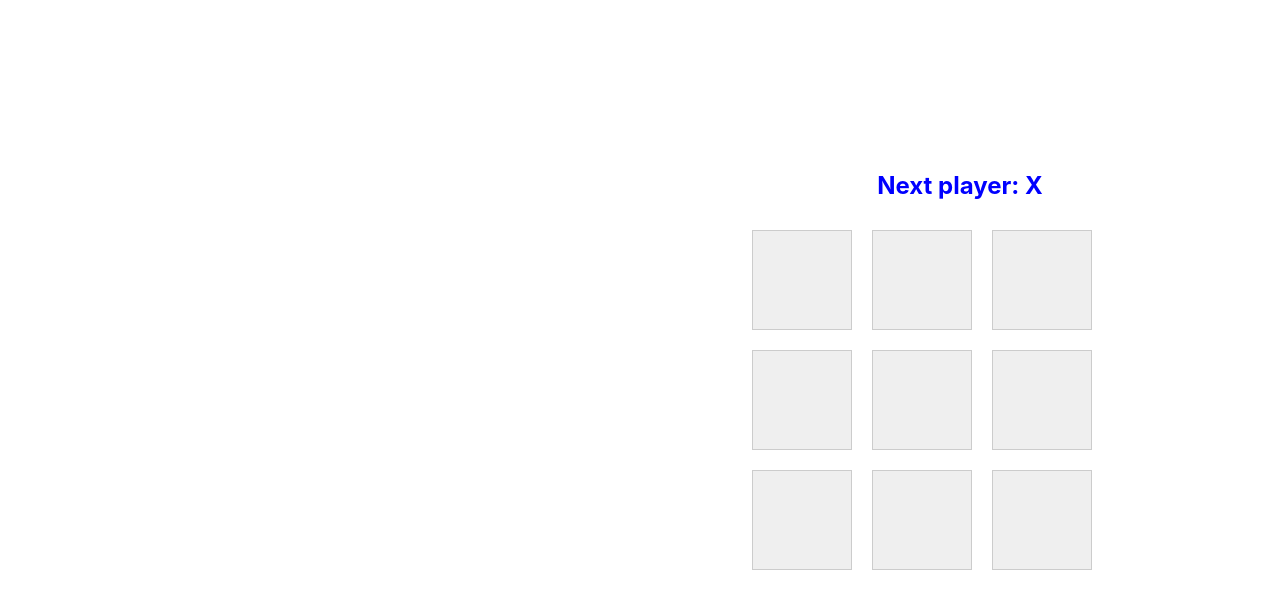
Repository: sedat-akdogan/React_Revision
Page: / (app in tic-tac-toe/)
The author's editor kept a copy of each file at every save. The page is drawn from the files as they stood at one save, then again after the next save.
The browser window is 1280 px wide. The pictures show the whole page.
The project was rebuilt for these pictures with package versions that can differ from the ones it lists, and the page was loaded fresh each time.

Above is the page before, as saved 2023-05-13 00:49:32.

### tic-tac-toe/src/index.css
body {
    margin: 0;
    font-family: -apple-system, BlinkMacSystemFont, 'Segoe UI', 'Roboto', 'Oxygen',
        'Ubuntu', 'Cantarell', 'Fira Sans', 'Droid Sans', 'Helvetica Neue',
        sans-serif;
    -webkit-font-smoothing: antialiased;
    -moz-osx-font-smoothing: grayscale;
}

code {
    font-family: source-code-pro, Menlo, Monaco, Consolas, 'Courier New',
        monospace;
}

.main {
    display: flex;
    flex-direction: column;
    align-items: center;
    justify-content: center;
    height: 100vh;
}

.square {
    width: 100px;
    height: 100px;
    font-size: 50px;
    border: 1px solid #ccc;
    display: inline-block;
    justify-content: center;
    align-items: center;
}

.board-row {
    margin-left: 44%;
    display: flex;
}

.board-row .square {
    margin: 10px;
}

.board-row:last-child .square {
    margin-bottom: 0;
}

.status {
    color: blue;
    font-size: 24px;
    margin-top: 20px;
    margin-bottom: 20px;
    margin-left: 50%;
    font-weight: bold;
}

### tic-tac-toe/src/App.js
import { useState } from 'react';


function Square({ value, onSquareClick }) {
    return (
        <button className="square" onClick={onSquareClick}>
            {value}
        </button>
    );
}

export default function Board() {
    const [xIsNext, setXIsNext] = useState(true);
    const [squares, setSquares] = useState(Array(9).fill(null));

    function handleClick(i) {
        if (squares[i] || calculateWinner(squares)) {
            return;
        }
        const nextSquares = squares.slice();
        if (xIsNext) {
            nextSquares[i] = 'X';
        } else {
            nextSquares[i] = 'O';
        }
        setSquares(nextSquares);
        setXIsNext(!xIsNext);
    }

    const winner = calculateWinner(squares);
    let status;
    if (winner) {
        status = "Winner: " + winner;
    } else {
        status = "Next player: " + (xIsNext ? "X" : "O");
    }

    return (
        <div className='main'>
            <div className="status">{status}</div>
            <div className="board-row">
                <Square value={squares[0]} onSquareClick={() => handleClick(0)} />
                <Square value={squares[1]} onSquareClick={() => handleClick(1)} />
                <Square value={squares[2]} onSquareClick={() => handleClick(2)} />
            </div>
            <div className="board-row">
                <Square value={squares[3]} onSquareClick={() => handleClick(3)} />
                <Square value={squares[4]} onSquareClick={() => handleClick(4)} />
                <Square value={squares[5]} onSquareClick={() => handleClick(5)} />
            </div>
            <div className="board-row">
                <Square value={squares[6]} onSquareClick={() => handleClick(6)} />
                <Square value={squares[7]} onSquareClick={() => handleClick(7)} />
                <Square value={squares[8]} onSquareClick={() => handleClick(8)} />
            </div>
        </div>
    );
}

function calculateWinner(squares) {
    const lines = [
        [0, 1, 2],
        [3, 4, 5],
        [6, 7, 8],
        [0, 3, 6],
        [1, 4, 7],
        [2, 5, 8],
        [0, 4, 8],
        [2, 4, 6]
    ];
    for (let i = 0; i < lines.length; i++) {
        const [a, b, c] = lines[i];
        if (squares[a] && squares[a] === squares[b] && squares[a] === squares[c]) {
            return squares[a];
        }
    }
    return null;
}

Loaded but not shown: tic-tac-toe/public/index.html (common file); tic-tac-toe/src/index.js (common file); tic-tac-toe/src/reportWebVitals.js (common file)

After the next save:
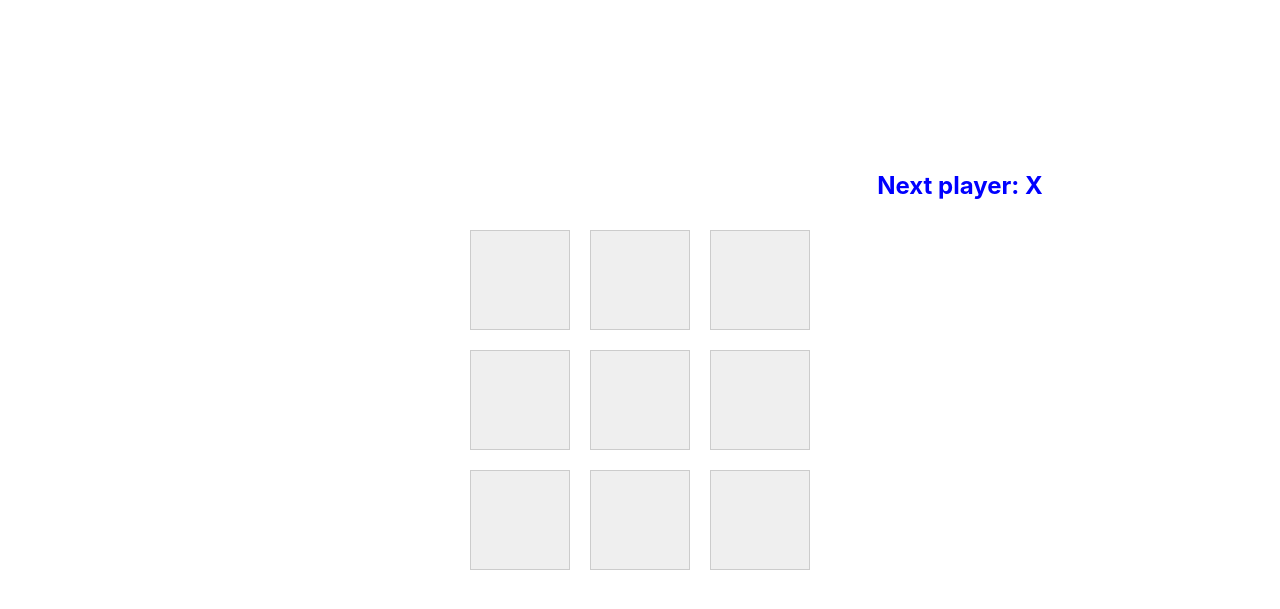
Saved 29 s later.
--- a/tic-tac-toe/src/index.css
+++ b/tic-tac-toe/src/index.css
@@ -31,7 +31,6 @@ code {
 }
 
 .board-row {
-    margin-left: 44%;
     display: flex;
 }
 
